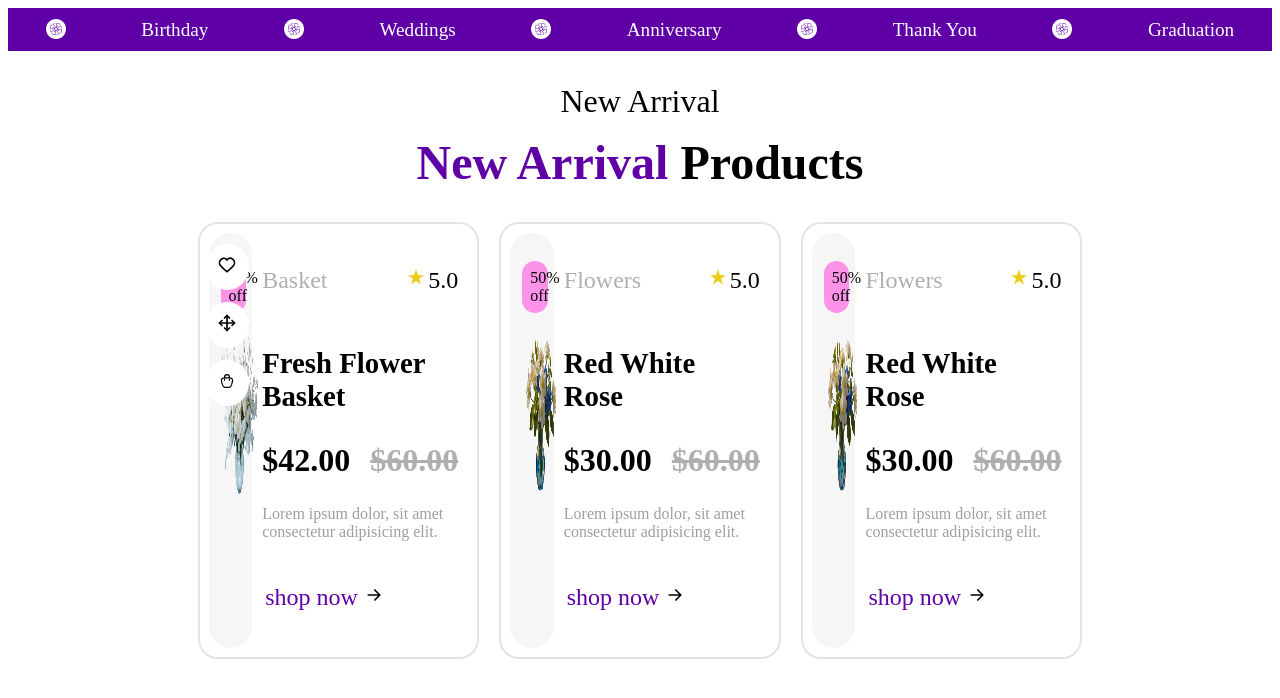
Repository: KolawoleTemilade/classroom-learning
Page: newarrival/index.html
These files come from the project's save history. The page is drawn as it stood at one moment and after the next save; the edit follows.
The browser window is 1280 px wide. The pictures show the whole page.

Above is the page before, as saved 2025-10-02 09:45:22.

After the next save:
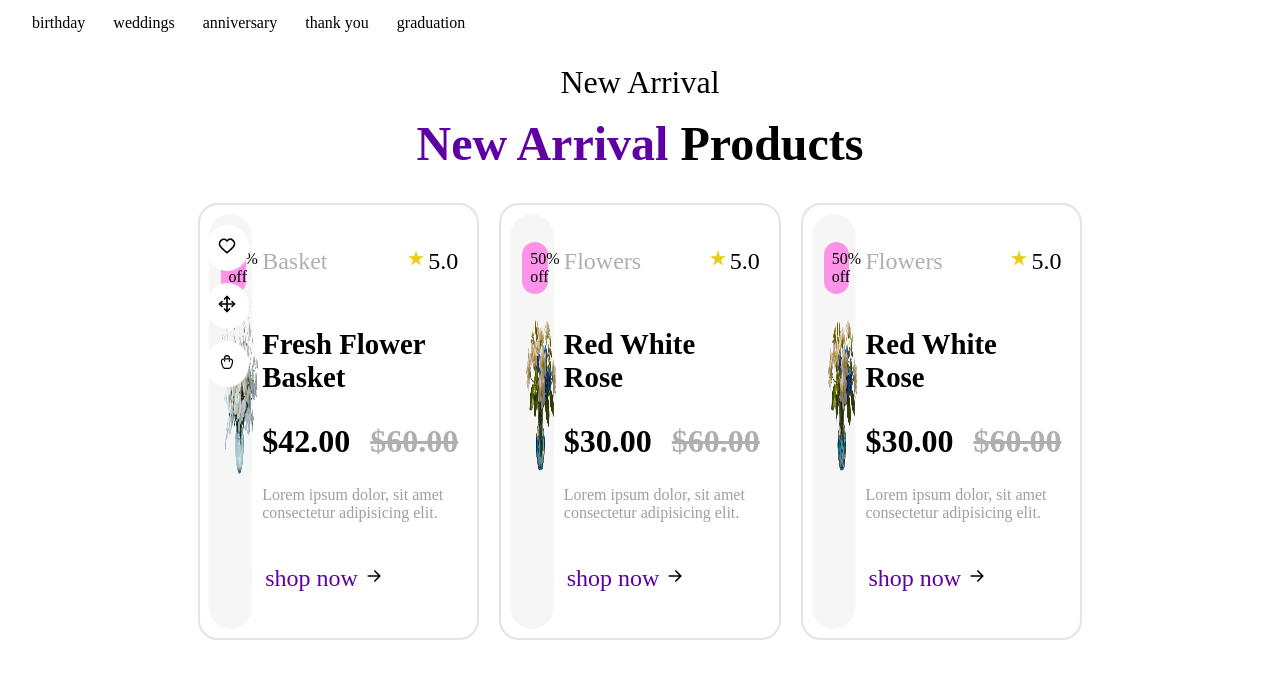
Saved 12 s later.
--- a/newarrival/style.css
+++ b/newarrival/style.css
@@ -1,19 +1,4 @@
-.marq-sect {
-  background-color: #5e00a6;
-  height: 6vh;
-  width: 100%;
-  align-content: center;
-}
-.marque {
-  display: flex;
-  align-content: center;
-  justify-content: space-around;
-}
-.marque > span {
-  text-transform: capitalize;
-  color: white;
-  font-size: 1.2rem;
-}
+
 .new-arrival-sect >  {
   display: flex;
   flex-direction: column;

After the 3 saves that followed:
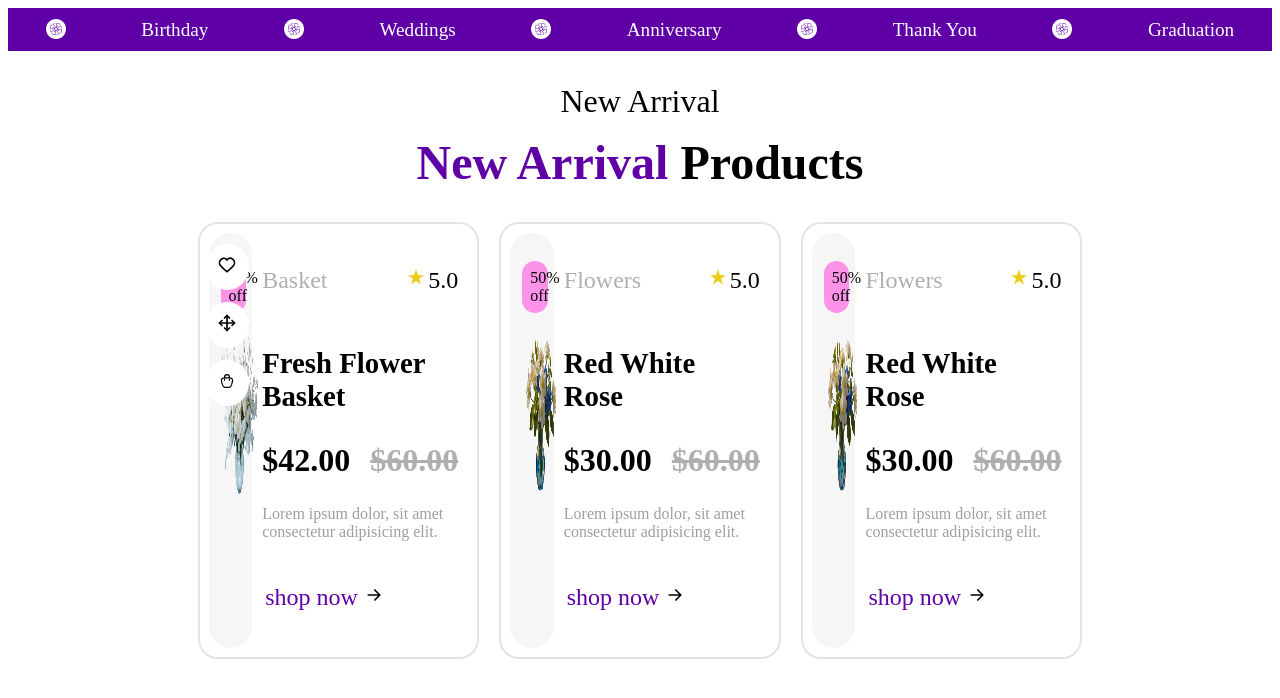
The 3 saves are shown as one change because they came seconds apart.
The last was saved 11 s later.
--- a/newarrival/style.css
+++ b/newarrival/style.css
@@ -6,6 +6,23 @@
   background-color: #F6F6F6;
   width: 100%;
 }
+.marq-sect {
+  background-color: #5e00a6;
+  height: 6vh;
+  width: 100%;
+  align-content: center;
+}
+.marque {
+  display: flex;
+  align-content: center;
+  justify-content: space-around;
+}
+.marque > span {
+  text-transform: capitalize;
+  color: white;
+  font-size: 1.2rem;
+}
+
 .new-arrival{
   display: flex;
   flex-direction: column;
